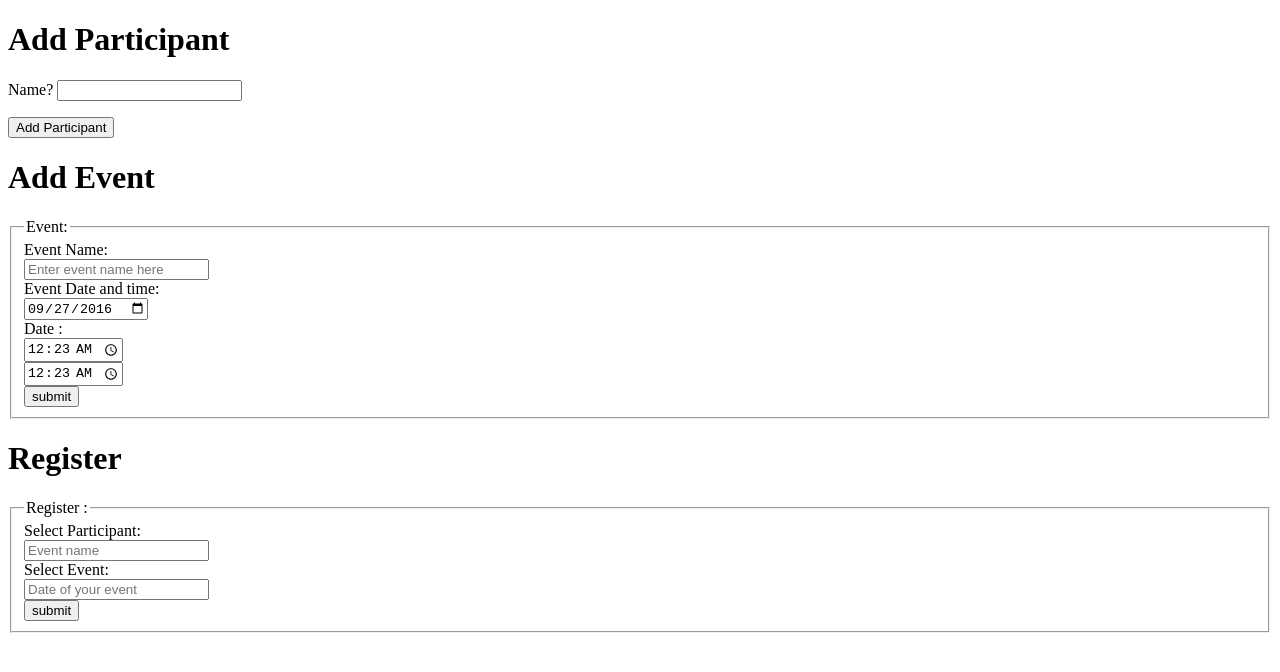
Repository: erickzhao/Event-Registration-Application
Page: http://localhost/
These files come from the project's save history. The page is drawn as it stood at one moment and after the next save; the edit follows.
The browser window is 1280 px wide. The pictures show the whole page.
The page is run by PHP 8.4 with error messages shown; the project is at /var/www/html/.

Above is the page before, as saved 2016-09-28 03:30:25.

### workspace-web/EventRegistration/EventRegistration/index.php
<!DOCTYPE html>
<html>
	<head>
		<meta charset="UTF-8">
		<title> Event Registration </title>
		<style>
			.error {color:#FF0000;}
		</style>
	</head>
	<body>
		<?php
			require_once "model/Participant.php";
			session_start();
		?>
		<h1> Add Participant </h1>
		<form action = "addparticipant.php" method="post"> <!--Insert the php file behind this-->
			<p>Name? <input type="text" name="participant_name" />
			<span class="error">
			<?php
			if (isset($_SESSION['errorParticipantName']) && !empty($_SESSION['errorParticipantName'])){
				echo " * " . $_SESSION["errorParticipantName"];
			}
			?>
			</span></p>
			<p><input type="submit" value="Add Participant"/></p>
		</form>

		<h1>Add Event</h1>
		<form action = "addevent.php" method="post"> <!--Insert the php file behind this-->
			<fieldset>
				<legend>Event:</legend>
				Event Name:<br>
				<input type="text" name="event_name" placeholder="Enter event name here"/><br>
				Event Date and time:<br>
				<input type="date" name="event_date" value="<?php echo date('Y-m-d'); ?>" /><br>
				Date :<br> <!--Add better way to select the date-->
				<input type="time" name="starttime" value="<?php echo date('H:i'); ?>" /> <br>
				<input type="time" name="endtime" value="<?php echo date('H:i'); ?>" /> <br>
				<!-- Also add start/end times-->
				<input type="submit" value="submit">
			</fieldset>
		</form>

		<h1>Register</h1>
		<form action = ""> <!--Insert the php file behind this-->
			<fieldset>
				<legend>Register :</legend>
				Select Participant: <br>
				<!--Select participant/event has to be a drop-down not a text field -->
				<input type="text" name="notHandledLikeThis" placeholder="Event name"><br>
				Select Event: <br> <!--Add better way to select the date-->
				<input type="text" name="notHandledLikeThis" placeholder="Date of your event"><br>
				<input type="submit" value="submit">
			</fieldset>
		</form>

	</body>
</html>

### workspace-web/EventRegistration/EventRegistration/model/Participant.php
<?php
/*PLEASE DO NOT EDIT THIS CODE*/
/*This code was generated using the UMPLE 1.22.0.5146 modeling language!*/

class Participant
{

  //------------------------
  // MEMBER VARIABLES
  //------------------------

  //Participant Attributes
  private $name;

  //------------------------
  // CONSTRUCTOR
  //------------------------

  public function __construct($aName)
  {
    $this->name = $aName;
  }

  //------------------------
  // INTERFACE
  //------------------------

  public function setName($aName)
  {
    $wasSet = false;
    $this->name = $aName;
    $wasSet = true;
    return $wasSet;
  }

  public function getName()
  {
    return $this->name;
  }

  public function equals($compareTo)
  {
    return $this == $compareTo;
  }

  public function delete()
  {}

}
?>

After the next save:
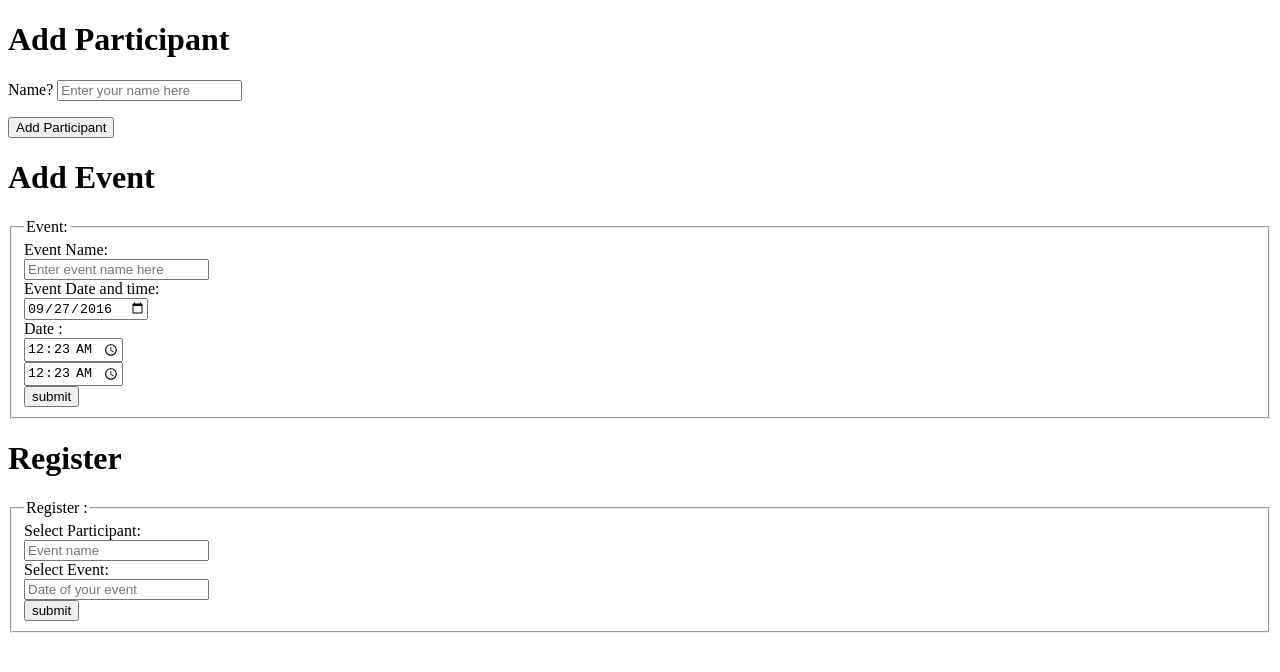
Saved 27 s later.
--- a/workspace-web/EventRegistration/EventRegistration/index.php
+++ b/workspace-web/EventRegistration/EventRegistration/index.php
@@ -13,8 +13,8 @@
 			session_start();
 		?>
 		<h1> Add Participant </h1>
-		<form action = "addparticipant.php" method="post"> <!--Insert the php file behind this-->
-			<p>Name? <input type="text" name="participant_name" />
+		<form action = "addparticipant.php" method="post">
+			<p>Name? <input type="text" name="participant_name" placeholder="Enter your name here"/>
 			<span class="error">
 			<?php
 			if (isset($_SESSION['errorParticipantName']) && !empty($_SESSION['errorParticipantName'])){
@@ -26,7 +26,7 @@
 		</form>
 
 		<h1>Add Event</h1>
-		<form action = "addevent.php" method="post"> <!--Insert the php file behind this-->
+		<form action = "addevent.php" method="post">
 			<fieldset>
 				<legend>Event:</legend>
 				Event Name:<br>
